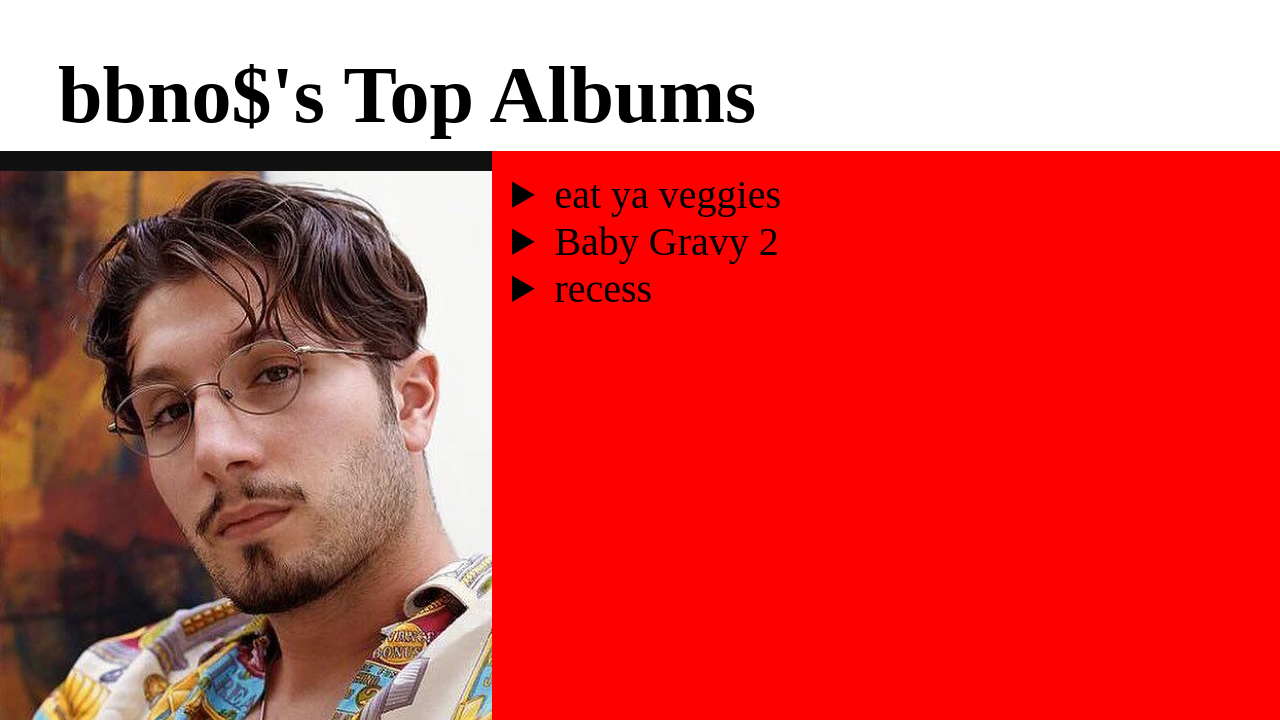
Repository: Jennica1/Lab1
Page: /
The author's editor kept a copy of each file at every save. The page is drawn from the files as they stood at one save, then again after the next save.
The browser window is 1280 px wide. The pictures show the whole page.
The project was rebuilt for these pictures with package versions that can differ from the ones it lists, and the page was loaded fresh each time. Also part of the build but not shown: vite.config.js.

Above is the page before, as saved 2024-09-09 18:29:31.

After the next save:
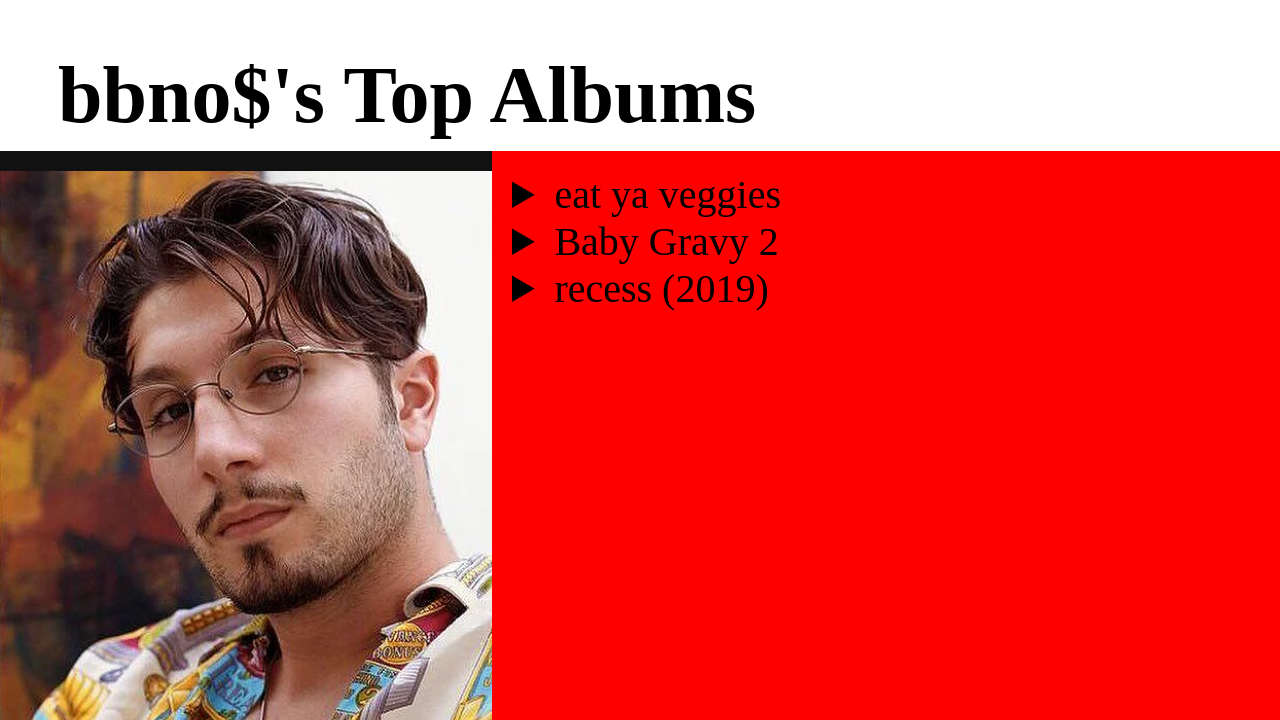
Saved 2 min 33 s later.
--- a/src/App.jsx
+++ b/src/App.jsx
@@ -20,7 +20,7 @@
 
           <div>
           <details>
-            <summary className='albums'>eat ya veggies</summary>
+            <summary>eat ya veggies</summary>
             <p>hello</p>
             <p>hello</p>
           </details>
@@ -32,8 +32,8 @@
           </details>
 
           <details>
-            <summary>recess</summary>
-            <p>hello</p>
+            <summary>recess (2019)</summary>
+            <p>nursery</p>
             <p>hello</p>
           </details>
           </div>
